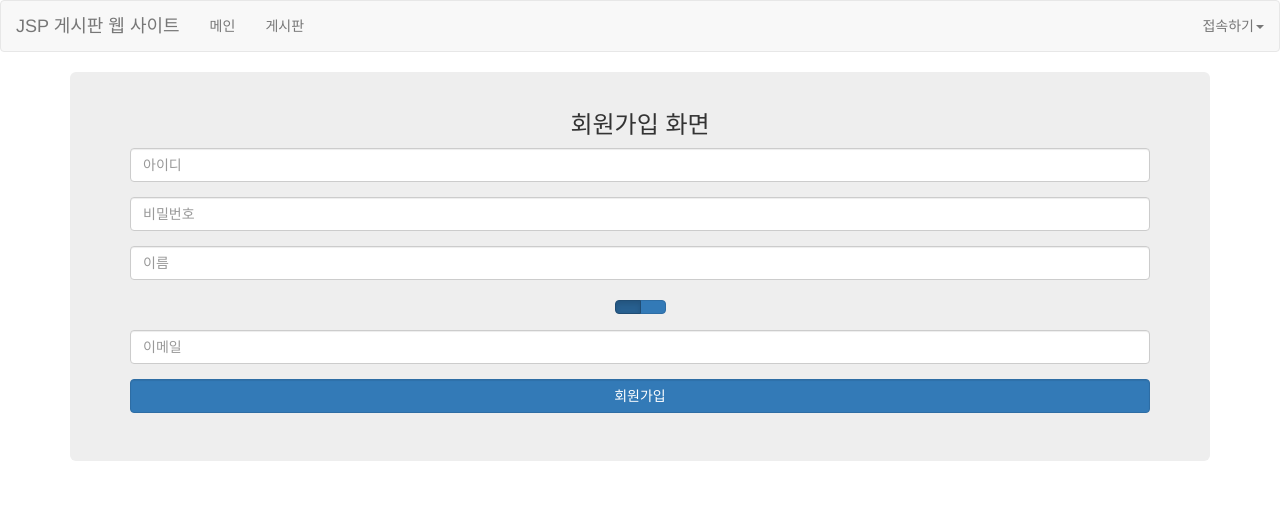
Repository: tykwon97/JSP
Page: http://localhost/BBS/join.jsp
The author's editor kept a copy of each file at every save. The page is drawn from the files as they stood at one save, then again after the next save.
The browser window is 1280 px wide. The pictures show the whole page.
Some web libraries are served in a nearby version. The page is served by Tomcat 9.

Above is the page before, as saved 2021-01-28 07:16:10.

After the next save:
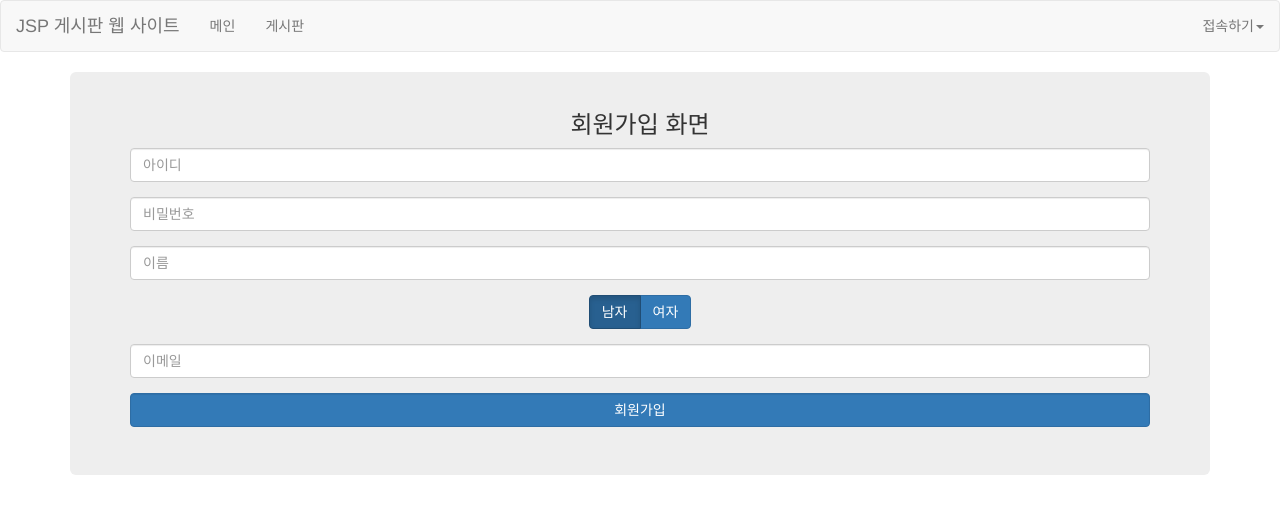
Saved 78 s later.
--- a/projects/BBS/WebContent/join.jsp
+++ b/projects/BBS/WebContent/join.jsp
@@ -57,10 +57,10 @@
 					<div class ="form-group" style = "text-align : center;"> <!-- 성별 -->
 						<div class ="btn-group" data-toggle="buttons">
 							<label class="btn btn-primary active">
-								<input type="radio" name = "userGender" autocomplete="off" value="남자" checked>
+								<input type="radio" name = "userGender" autocomplete="off" value="남자" checked>남자
 							</label>
 							<label class="btn btn-primary">
-								<input type="radio" name = "userGender" autocomplete="off" value="여자" checked>
+								<input type="radio" name = "userGender" autocomplete="off" value="여자" checked>여자
 							</label>
 						</div>
 					</div>
